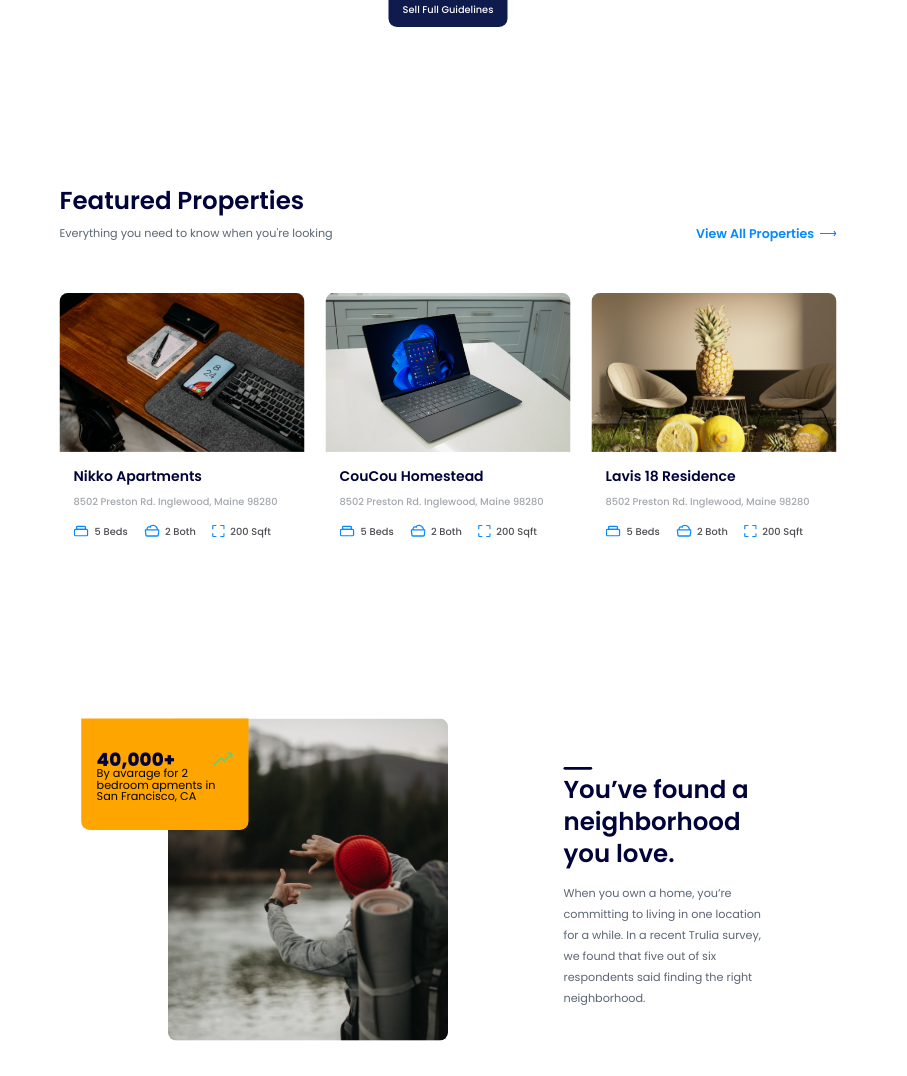
Repository: datvu1608/dv-htmlcss-01
Page: index.html
The author's editor kept a copy of each file at every save. The page is drawn from the files as they stood at one save, then again after the next save.
The browser window is 1280 px wide. The page is 1295 px wide, so the pictures cover 1295 px, including what lies to the right of the window. The pictures show the part of the page from y = 1611 to 3491 px (the page is 3148 px tall before and 3491 px after), at 70% of full size.

Above is the page before, as saved 2023-06-08 23:45:56.

### index.html
<!DOCTYPE html>
<html lang="en">
  <head>
    <meta charset="UTF-8" />
    <meta http-equiv="X-UA-Compatible" content="IE=edge" />
    <meta name="viewport" content="width=device-width, initial-scale=1.0" />
    <title>Project 1</title>
    <link rel="stylesheet" href="./assets/css/reset.css" />
    <link rel="stylesheet" href="./assets/fonts/stylesheet.css" />
    <link rel="stylesheet" href="./assets/css/style.css" />
  </head>
  <body>
    <main style="height: 2000px">
      <!-- Header -->
      <header class="header">
        <div class="content">
          <nav class="navbar">
            <!-- logo -->
            <img src="./assets/img/Logo.svg" alt="Besnik" />
            <!-- navigation -->
            <ul>
              <li><a href="#!">Home</a></li>
              <li><a href="#!">Features</a></li>
              <li><a href="#!">Services</a></li>
              <li><a href="#!">Resources</a></li>
              <li><a href="#!">Contact</a></li>
            </ul>
            <!-- action -->
            <div class="actions">
              <a href="#!" class="action-link">Sign up</a>
              <a href="#!" class="btn action-btn">Sign in</a>
            </div>
          </nav>
          <div class="hero">
            <div class="info">
              <p class="sub-title">Welcome to Besnik Agency</p>
              <h1 class="title">Discover a place you'll love to live.</h1>
              <p class="desc">
                Get the best real estate deals first, before they hit the mass
                market! hot forecloseru deals with one simple search.
              </p>
              <a href="#!" class="btn hero-cta">More About Us</a>
            </div>
            <img src="./assets/img/hero-img.svg" alt="" class="hero-img" />
          </div>
        </div>
      </header>

      <!-- Client -->
      <div class="clients">
        <div class="content">
          <div class="row">
            <!-- logo -->
            <img src="./assets/img/Logo.svg" alt="Besnik" />
            <!-- Stars -->
            <div class="stars">
              <img src="./assets/img/star.svg" alt="star" />
              <img src="./assets/img/star.svg" alt="star" />
              <img src="./assets/img/star.svg" alt="star" />
              <img src="./assets/img/star.svg" alt="star" />
              <img src="./assets/img/star.svg" alt="star" />
            </div>
          </div>

          <div class="row row-desc">
            <p class="desc">More than 45,000+ companies trust besnik</p>
            <p class="desc">5 Star Ratings (2k+ Review)</p>
          </div>
          <div class="images">
            <img src="./assets/img/client-1.svg" alt="" />
            <img src="./assets/img/client-2.svg" alt="" />
            <img src="./assets/img/client-3.svg" alt="" />
            <img src="./assets/img/client-4.svg" alt="" />
            <img src="./assets/img/client-5.svg" alt="" />
          </div>
        </div>
      </div>
      <!-- Guides -->
      <div class="guides">
        <div class="content">
          <h2 class="sub-title">How its works?</h2>
          <p class="desc">
            Everything you need to know when you're looking to buy, rent, or
            sell - all in one place.
          </p>

          <!-- List guide -->
          <ul class="list-guide">
            <li class="guide-item">
              <img src="./assets/img/buyer.svg" alt="buyer" class="icon" />
              <h3 class="title">Buyer Guides</h3>
              <a href="#!" class="link"
                ><span>How to buy</span>
                <img
                  src="./assets/img/arrow-right.svg"
                  alt="arrow-right"
                  class="arrow"
                />
              </a>
            </li>
            <li class="guide-item">
              <img src="./assets/img/renter.svg" alt="buyer" class="icon" />
              <h3 class="title">Renter Guides</h3>
              <a href="#!" class="link"
                ><span>How to rental</span>
                <img
                  src="./assets/img/arrow-right.svg"
                  alt="arrow-right"
                  class="arrow"
                />
              </a>
            </li>
            <li class="guide-item">
              <img src="./assets/img/seller.svg" alt="buyer" class="icon" />
              <h3 class="title">Seller Guides</h3>
              <a href="#!" class="link"
                ><span>How to sell</span>
                <img
                  src="./assets/img/arrow-right.svg"
                  alt="arrow-right"
                  class="arrow"
                />
              </a>
            </li>
          </ul>
          <div class="guide-cta">
            <a href="#!" class="btn">Sell Full Guidelines</a>
          </div>
        </div>
      </div>

      <!-- Features -->
      <div class="featured">
        <div class="content">
          <header>
            <h2 class="sub-title">Featured Properties</h2>
            <div class="row">
              <p class="desc">
                Everything you need to know when you're looking
              </p>
              <a href="#!" class="link">
                <span>View All Properties</span>
                <img
                  src="./assets/img/arrow-right.svg"
                  alt="arrow"
                  class="arrow"
                />
              </a>
            </div>
          </header>
          <div class="list">
            <!-- Featured item 1 -->
            <div class="item">
              <a href="#!"
                ><img
                  src="./assets/img/featured-1.jpg"
                  alt="Nikko Arpartments"
                  class="thumb"
              /></a>
              <div class="body">
                <h3 class="title"><a href="#!">Nikko Apartments</a></h3>
                <p class="desc">8502 Preston Rd. Inglewood, Maine 98280</p>
                <div class="info">
                  <img src="./assets/img/beds.svg" alt="" class="icon" />
                  <span class="label">5 Beds</span>
                  <img src="./assets/img/both.svg" alt="" class="icon" />
                  <span class="label">2 Both</span>
                  <img src="./assets/img/sqft.svg" alt="" class="icon" />
                  <span class="label">200 Sqft</span>
                </div>
              </div>
            </div>
            <div class="item">
              <a href="#!">
                <img
                  src="./assets/img/featured-2.jpg"
                  alt="CouCou Homestead"
                  class="thumb"
                />
              </a>
              <div class="body">
                <h3 class="title">
                  <a href="#!" class="line-clamp">CouCou Homestead</a>
                </h3>
                <p class="desc line-clamp">
                  8502 Preston Rd. Inglewood, Maine 98280
                </p>
                <div class="info">
                  <img src="./assets/img/beds.svg" alt="" class="icon" />
                  <span class="label">5 Beds</span>
                  <img src="./assets/img/both.svg" alt="" class="icon" />
                  <span class="label">2 Both</span>
                  <img src="./assets/img/sqft.svg" alt="" class="icon" />
                  <span class="label">200 Sqft</span>
                </div>
              </div>
            </div>
            <div class="item">
              <a href="#!">
                <img
                  src="./assets/img/featured-3.jpg"
                  alt="Lavis 18 Residence"
                  class="thumb"
                />
              </a>
              <div class="body">
                <h3 class="title"><a href="#!">Lavis 18 Residence</a></h3>
                <p class="desc">8502 Preston Rd. Inglewood, Maine 98280</p>
                <div class="info">
                  <img src="./assets/img/beds.svg" alt="" class="icon" />
                  <span class="label">5 Beds</span>
                  <img src="./assets/img/both.svg" alt="" class="icon" />
                  <span class="label">2 Both</span>
                  <img src="./assets/img/sqft.svg" alt="" class="icon" />
                  <span class="label">200 Sqft</span>
                </div>
              </div>
            </div>
          </div>
        </div>
      </div>

      <!-- Stats -->
      <div class="stats">
        <div class="content">
          <div class="row">
            <div class="img-block">
              <img
                class="image"
                src="./assets/img/stats-img.jpg"
                alt="You’ve found a neighborhood you love."
              />
              <!-- Trend -->
              <div class="stats-trend">
                <div class="row">
                  <strong class="value">40,000+</strong>
                  <img src="./assets/img/arrow-trend.svg" alt="" class="icon" />
                </div>
                <p class="desc">
                  By avarage for 2 bedroom apments in San Francisco, CA
                </p>
                <div class="separate"></div>
              </div>
            </div>
            <div class="info">
              <h2 class="sub-title">You’ve found a neighborhood you love.</h2>
              <p class="desc">
                When you own a home, you’re committing to living in one location
                for a while. In a recent Trulia survey, we found that five out
                of six respondents said finding the right neighborhood.
              </p>
            </div>
          </div>
        </div>
      </div>
    </main>
  </body>
</html>

### assets/fonts/stylesheet.css
/* ============ Poppins =================== */
@font-face {
  font-family: 'Poppins';
  src: url('Poppins-BlackItalic.woff2') format('woff2'),
    url('Poppins-BlackItalic.woff') format('woff');
  font-weight: 900;
  font-style: italic;
  font-display: swap;
}

@font-face {
  font-family: 'Poppins';
  src: url('Poppins-Bold.woff2') format('woff2'),
    url('Poppins-Bold.woff') format('woff');
  font-weight: bold;
  font-style: normal;
  font-display: swap;
}

@font-face {
  font-family: 'Poppins';
  src: url('Poppins-Black.woff2') format('woff2'),
    url('Poppins-Black.woff') format('woff');
  font-weight: 900;
  font-style: normal;
  font-display: swap;
}

@font-face {
  font-family: 'Poppins';
  src: url('Poppins-BoldItalic.woff2') format('woff2'),
    url('Poppins-BoldItalic.woff') format('woff');
  font-weight: bold;
  font-style: italic;
  font-display: swap;
}

@font-face {
  font-family: 'Poppins';
  src: url('Poppins-ExtraBoldItalic.woff2') format('woff2'),
    url('Poppins-ExtraBoldItalic.woff') format('woff');
  font-weight: bold;
  font-style: italic;
  font-display: swap;
}

@font-face {
  font-family: 'Poppins';
  src: url('Poppins-ExtraLightItalic.woff2') format('woff2'),
    url('Poppins-ExtraLightItalic.woff') format('woff');
  font-weight: 200;
  font-style: italic;
  font-display: swap;
}

@font-face {
  font-family: 'Poppins';
  src: url('Poppins-LightItalic.woff2') format('woff2'),
    url('Poppins-LightItalic.woff') format('woff');
  font-weight: 300;
  font-style: italic;
  font-display: swap;
}

@font-face {
  font-family: 'Poppins';
  src: url('Poppins-ExtraBold.woff2') format('woff2'),
    url('Poppins-ExtraBold.woff') format('woff');
  font-weight: bold;
  font-style: normal;
  font-display: swap;
}

@font-face {
  font-family: 'Poppins';
  src: url('Poppins-Italic.woff2') format('woff2'),
    url('Poppins-Italic.woff') format('woff');
  font-weight: normal;
  font-style: italic;
  font-display: swap;
}

@font-face {
  font-family: 'Poppins';
  src: url('Poppins-Light.woff2') format('woff2'),
    url('Poppins-Light.woff') format('woff');
  font-weight: 300;
  font-style: normal;
  font-display: swap;
}

@font-face {
  font-family: 'Poppins';
  src: url('Poppins-ExtraLight.woff2') format('woff2'),
    url('Poppins-ExtraLight.woff') format('woff');
  font-weight: 200;
  font-style: normal;
  font-display: swap;
}

@font-face {
  font-family: 'Poppins';
  src: url('Poppins-Medium.woff2') format('woff2'),
    url('Poppins-Medium.woff') format('woff');
  font-weight: 500;
  font-style: normal;
  font-display: swap;
}

@font-face {
  font-family: 'Poppins';
  src: url('Poppins-Regular.woff2') format('woff2'),
    url('Poppins-Regular.woff') format('woff');
  font-weight: normal;
  font-style: normal;
  font-display: swap;
}

@font-face {
  font-family: 'Poppins';
  src: url('Poppins-SemiBold.woff2') format('woff2'),
    url('Poppins-SemiBold.woff') format('woff');
  font-weight: 600;
  font-style: normal;
  font-display: swap;
}

@font-face {
  font-family: 'Poppins';
  src: url('Poppins-ThinItalic.woff2') format('woff2'),
    url('Poppins-ThinItalic.woff') format('woff');
  font-weight: 100;
  font-style: italic;
  font-display: swap;
}

@font-face {
  font-family: 'Poppins';
  src: url('Poppins-MediumItalic.woff2') format('woff2'),
    url('Poppins-MediumItalic.woff') format('woff');
  font-weight: 500;
  font-style: italic;
  font-display: swap;
}

@font-face {
  font-family: 'Poppins';
  src: url('Poppins-Thin.woff2') format('woff2'),
    url('Poppins-Thin.woff') format('woff');
  font-weight: 100;
  font-style: normal;
  font-display: swap;
}

@font-face {
  font-family: 'Poppins';
  src: url('Poppins-SemiBoldItalic.woff2') format('woff2'),
    url('Poppins-SemiBoldItalic.woff') format('woff');
  font-weight: 600;
  font-style: italic;
  font-display: swap;
}
/* ============ Poppins =================== */

### assets/css/style.css
* {
  box-sizing: border-box;
}
html {
  font-size: 62.5%;
}
body {
  font-size: 1.6rem;
  font-family: 'Poppins', sans-serif;
}

/* Common */
:root {
  --primary-color: #0f1b4c;
}
a {
  text-decoration: none;
}
.content {
  width: 1110px;
  max-width: calc(100% - 48px);
  margin-left: auto;
  margin-right: auto;
}
.btn {
  display: inline-block;
  padding: 18px 16px;
  min-width: 98px;
  background: var(--primary-color);
  border-radius: 12px;
  font-weight: 500;
  font-size: 1.4rem;
  text-align: center;
  color: #fff;
}
.btn:hover {
  opacity: 0.9;
}
.line-clamp {
  display: -webkit-box;
  -webkit-line-clamp: var(--line-clamp, 2);
  -webkit-box-orient: vertical;
  overflow: hidden;
}
.center {
  display: flex;
  align-items: center;
  justify-content: center;
}
/* Header */
.header {
  position: relative;
  height: 100vh;
  background: #e6f0ff;
}

.navbar {
  display: flex;
  align-items: center;
  padding-top: 38px;
}

.navbar ul {
  display: flex;
  margin-left: 50px;
}

.navbar .actions {
  margin-left: auto;
}
.navbar ul a {
  font-weight: 500;
  font-size: 1s4rem;
  color: #4f5361;
  padding: 8px 1.4rem;
}
.navbar ul a:hover {
  text-decoration: underline;
}
.navbar .action-link {
  font-size: 1.4rem;
  color: var(--primary-color);
  font-weight: 500;
}
.navbar .action-btn {
  padding: 13px 16px;
  margin-left: 18px;
  border-radius: 8px;
}
/* hero */
.hero {
  margin-top: 130px;
}
.hero .info {
  max-width: 51%;
}
.hero .sub-title {
  font-weight: 500;
  font-size: 1.8rem;
  line-height: 1.5;
  letter-spacing: 0.01em;
  color: #687690;
}
.hero .title {
  margin-top: 8px;
  font-weight: 700;
  font-size: 6.2rem;
  line-height: 1.19;
  color: #000336;
}
.hero .desc {
  margin-top: 30px;
  font-weight: 400;
  font-size: 1.8rem;
  line-height: 1.78;
  color: #5a6473;
}

.hero-cta {
  min-width: 170px;
  margin-top: 40px;
}
.hero-img {
  position: absolute;
  right: calc((100vw - 1110px) / 2 - 100px);
  bottom: 0;
}

/* clients   */
.clients {
  margin-top: 79px;
  padding: 43px 0 64px;
}
.clients .row {
  display: flex;
  justify-content: space-between;
}
.clients .desc {
  font-weight: 500;
  font-size: 1.6rem;
  line-height: 1.25;
  color: #7d8589;
}
.clients .row-desc {
  margin-top: 23px;
}
.clients .images {
  display: flex;
  align-items: center;
  justify-content: space-between;
  margin-top: 96px;
}

/* Guides */
.guides {
  margin-top: 40px;
  padding: 93px 0 79px;
}
.guides .sub-title {
  position: relative;
  font-weight: 600;
  font-size: 3.5rem;
  line-height: 1;
  text-align: center;
  color: #000339;
}
.guides .sub-title::before {
  position: absolute;
  top: -10px;
  left: 50%;
  transform: translateX(-50%);
  content: '';
  display: inline-block;
  width: 41px;
  height: 4px;
  background: #000339;
  border-radius: 12px;
}
.guides .desc {
  width: 459px;
  max-width: 100%;
  margin: 20px auto 0;
  font-weight: 400;
  font-size: 1.6rem;
  letter-spacing: 1.15px;
  line-height: 1.88;
  text-align: center;
  color: #5a6473;
}

/* List guide */
.list-guide {
  display: flex;
  justify-content: center;
  margin-top: 70px;
}
.guide-item {
  margin: 0 70px;
  text-align: center;
}
.guide-item .title {
  margin-top: 26px;
  font-weight: 500;
  font-size: 2rem;
  line-height: 1.1;
  color: #3b2c45;
}
.guide-item .link {
  display: inline-block;
  margin-top: 10px;
  font-weight: 600;
  font-size: 1.4rem;
  color: #0689ff;
}
.guide-item .arrow {
  margin-left: 6px;
}
.guide-cta {
  display: flex;
  justify-content: center;
  margin-top: 50px;
}
.guide-cta .btn {
  min-width: 170px;
}

/* Featured */
.featured {
  margin-top: 41px;
  padding: 110px 0;
}
.featured .sub-title {
  font-weight: 600;
  font-size: 3.5rem;
  line-height: 1;
  color: #000339;
}
.featured .row {
  display: flex;
  justify-content: space-between;
  margin-top: 15px;
}
.featured .desc {
  font-weight: 400;
  font-size: 1.6rem;
  line-height: 1.88;
  color: #5a6473;
}
.featured .link {
  display: flex;
  align-items: center;
  font-weight: 600;
  font-size: 1.8rem;
  color: #0689ff;
}
.featured .link .arrow {
  margin-left: 8px;
}

.featured .list {
  display: flex;
  gap: 30px;
  margin-top: 70px;
}
.featured .item {
  flex: 1;
  background: #fff;
  border-radius: 12px;
}
.featured .item .thumb {
  width: 100%;
  height: 227px;
  object-fit: cover;
  border-top-left-radius: 12px;
  border-top-right-radius: 12px;
}
.featured .item .body {
  padding: 17px 20px 24px;
}
.featured .item .title a {
  font-weight: 600;
  font-size: 2rem;
  line-height: 1.5;
  color: #000339;
}
.featured .item .desc {
  margin-top: 11px;
  font-weight: 500;
  font-size: 1.4rem;
  line-height: 1.5;
  color: #a3a6ab;
  --line-clamp: 3;
}
.featured .item .info {
  display: flex;
  align-items: center;
  margin-top: 21px;
}
.featured .item .icon {
  margin-left: 23px;
}
.featured .item .icon:first-child {
  margin-left: 0;
}
.featured .item .label {
  margin-left: 8px;
  font-weight: 500;
  font-size: 1.4rem;
  letter-spacing: 0.01rem;
  color: #4d4d52;
}

/* Stats */
.stats {
  margin-top: 75px;
  padding: 50px 0;
}
.stats .content {
  width: 1048px;
}
.stats .row {
  display: flex;
}
.stats .img-block,
.stats .info {
  width: 50%;
}
.stats .img-block {
  position: relative;
}
.img-block .stats-trend {
  position: absolute;
  top: 0;
  left: 0;
  width: 239px;
  padding: 45px 22px 40px;
  border-radius: 0 0 12px 12px;
  background-color: orange;
}
.stats-trend .value {
  font-weight: 700;
  font-size: 2.6rem;
  letter-spacing: 0.01em;
  color: #000339;
}
.stats-trend .icon {
  margin-left: auto;
}
.stats .img-block .image {
  display: block;
  margin-left: auto;
  width: 400px;
  height: 460px;
  object-fit: cover;
  border-radius: 12px;
}
.stats .info {
  padding: 79px 0 0 165px;
}
.stats .sub-title {
  width: 269px;
  font-weight: 600;
  font-size: 35px;
  line-height: 1.29;
  color: #000339;
  position: relative;
}
.stats .sub-title::before {
  content: '';
  display: block;
  width: 41px;
  background: #000339;
  border-radius: 12px;
  height: 4px;
  position: absolute;
  left: 0;
  top: -10px;
}
.stats .info .desc {
  margin-top: 20px;
  width: 296px;
  font-weight: 400;
  font-size: 1.6rem;
  line-height: 1.88;
  color: #5a6473;
}

Loaded but not shown: assets/css/reset.css (common file)

After the next save:
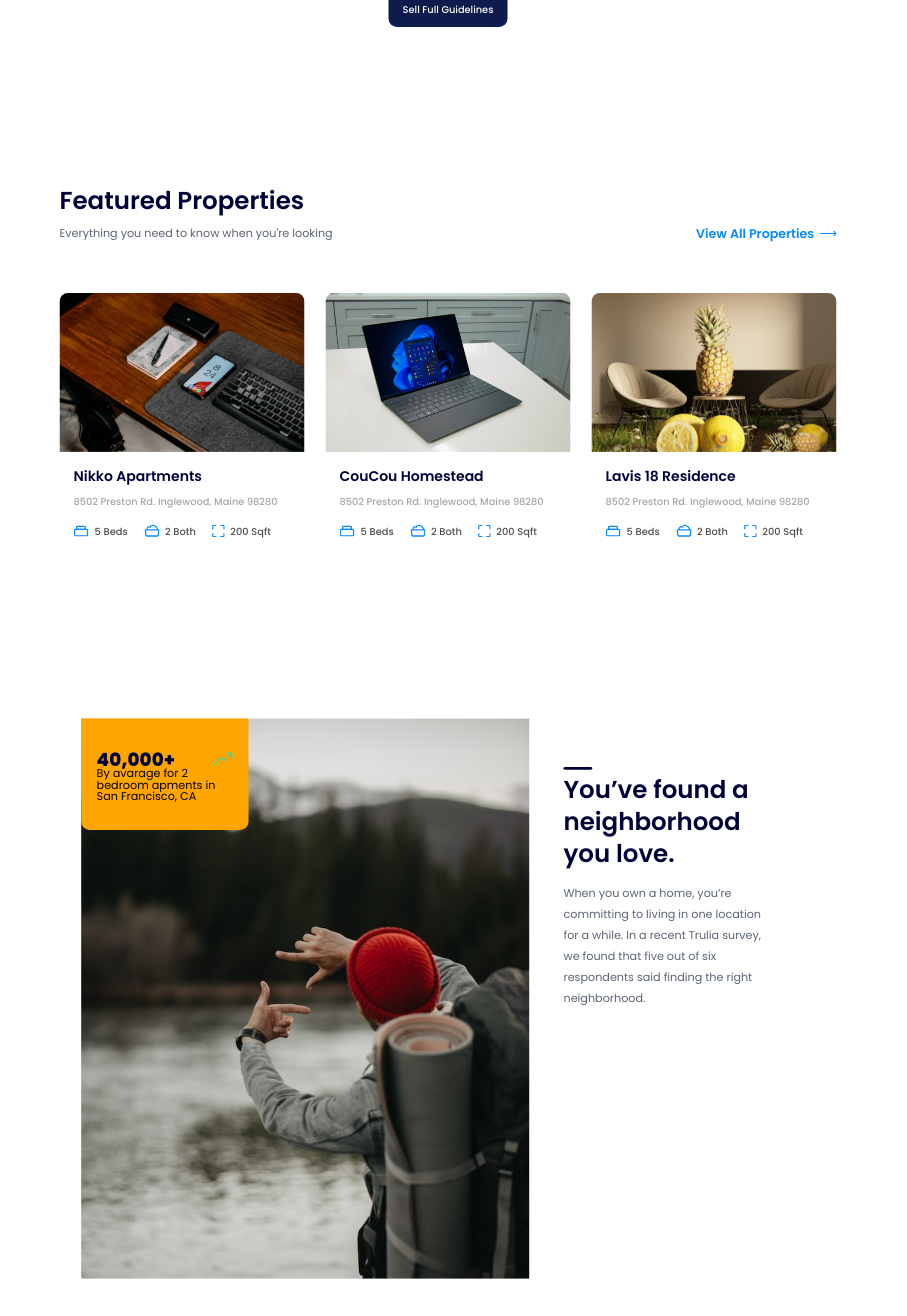
Saved 14 s later.
--- a/assets/css/style.css
+++ b/assets/css/style.css
@@ -346,7 +346,7 @@
 .stats-trend .icon {
   margin-left: auto;
 }
-.stats .img-block .image {
+.stats-trend .stats .img-block .image {
   display: block;
   margin-left: auto;
   width: 400px;

After the save that followed:
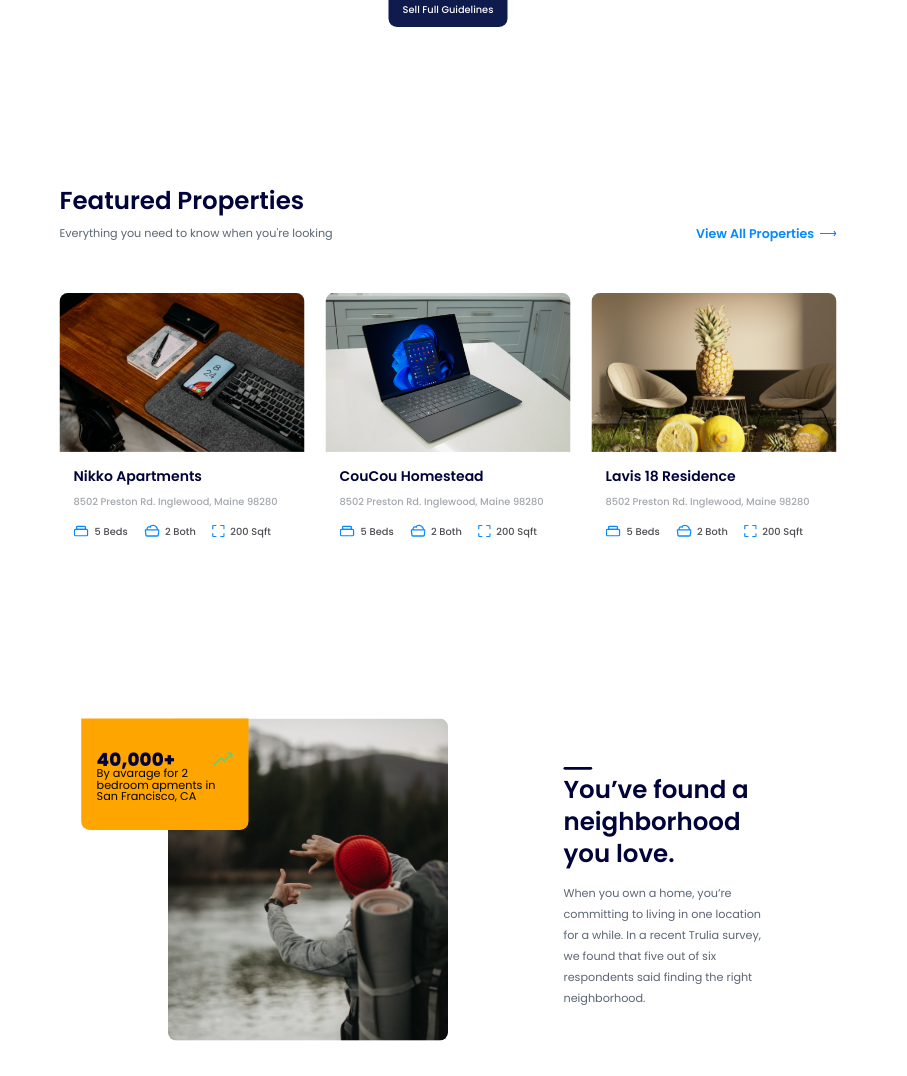
Saved 12 s later.
--- a/assets/css/style.css
+++ b/assets/css/style.css
@@ -346,7 +346,10 @@
 .stats-trend .icon {
   margin-left: auto;
 }
-.stats-trend .stats .img-block .image {
+.stats-trend .desc {
+  d
+}
+ .stats .img-block .image {
   display: block;
   margin-left: auto;
   width: 400px;
